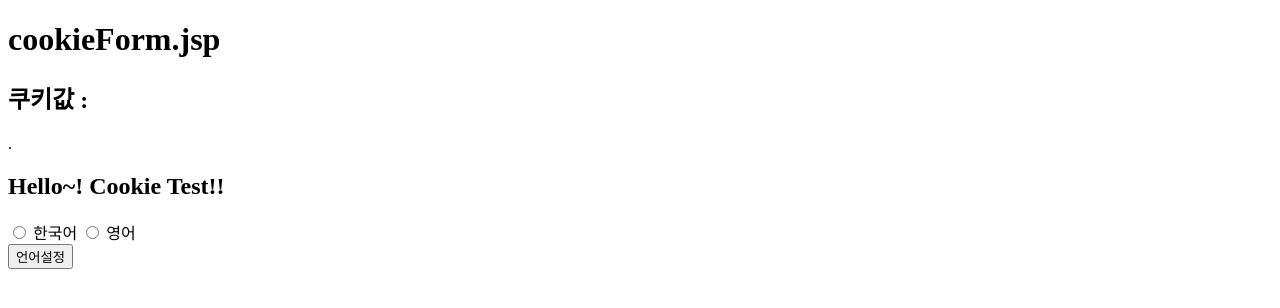
Repository: HeeYoung9/young9
Page: http://localhost/JSP7/jsp/cookieForm.jsp
The author's editor kept a copy of each file at every save. The page is drawn from the files as they stood at one save, then again after the next save.
The browser window is 1280 px wide. The pictures show the whole page.
The page is served by Tomcat 9.

Above is the page before, as saved 2023-08-25 01:18:48.

### JSP7/src/main/webapp/jsp/cookieForm.jsp
<%@ page language="java" contentType="text/html; charset=UTF-8"
    pageEncoding="UTF-8"%>
<!DOCTYPE html>
<html>
<head>
<meta charset="UTF-8">
<title>cookieForm.jsp</title>
</head>
<body>

<h1>cookieForm.jsp</h1>
<!-- 설정된 언어값을 사용해서 메세지 출력
	한국어(kor) - "안녕하세요! 쿠키 테스트 입니다!"
	영어(eng) - "Hello~! Cookie Test!!"
 -->
<%
	Cookie[] cookies = request.getCookies();
	String value = "";

	if(cookies != null){
		for(int i=0; i<cookies.length; i++){
			if(cookies[i].getName().equals("lang")){
				value = cookies[i].getValue();
			}
		}
	}

%>

<h2> 쿠키값 : <%= value %> </h2>

<%
	if(value.equals("kor")){
		%>
		<h2> 안녕하세요! 쿠키 테스트 입니다! </h2>
		<%
	}else{ %>
	.
		<h2> Hello~! Cookie Test!! </h2>
	<%}
		%>
<!-- action속성값이 없을 경우 자신의 페이지 호출 -->

<form action="cookiePro.jsp" method="get" >
	<input type="radio" name="language" value="kor"> 한국어
	<input type="radio" name="language" value="eng"> 영어 <br>
	<input type="submit" value="언어설정">

</form>



</body>
</html>

After the next save:
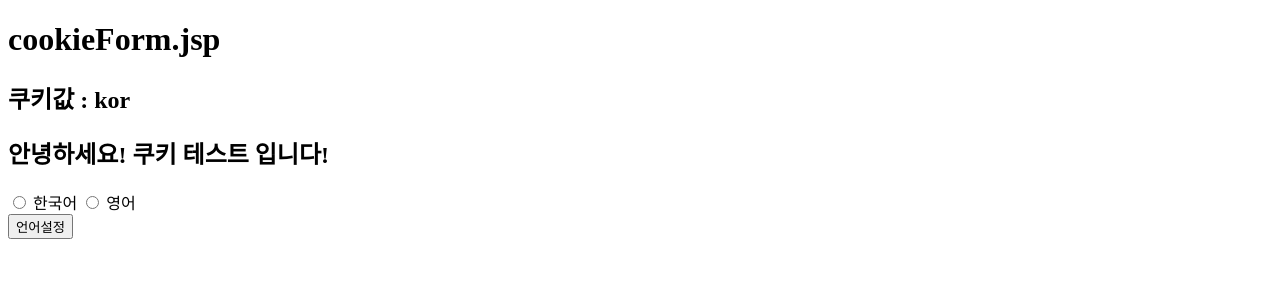
Saved 12 s later.
--- a/JSP7/src/main/webapp/jsp/cookieForm.jsp
+++ b/JSP7/src/main/webapp/jsp/cookieForm.jsp
@@ -15,7 +15,7 @@
  -->
 <%
 	Cookie[] cookies = request.getCookies();
-	String value = "";
+	String value = "kor";
 
 	if(cookies != null){
 		for(int i=0; i<cookies.length; i++){
